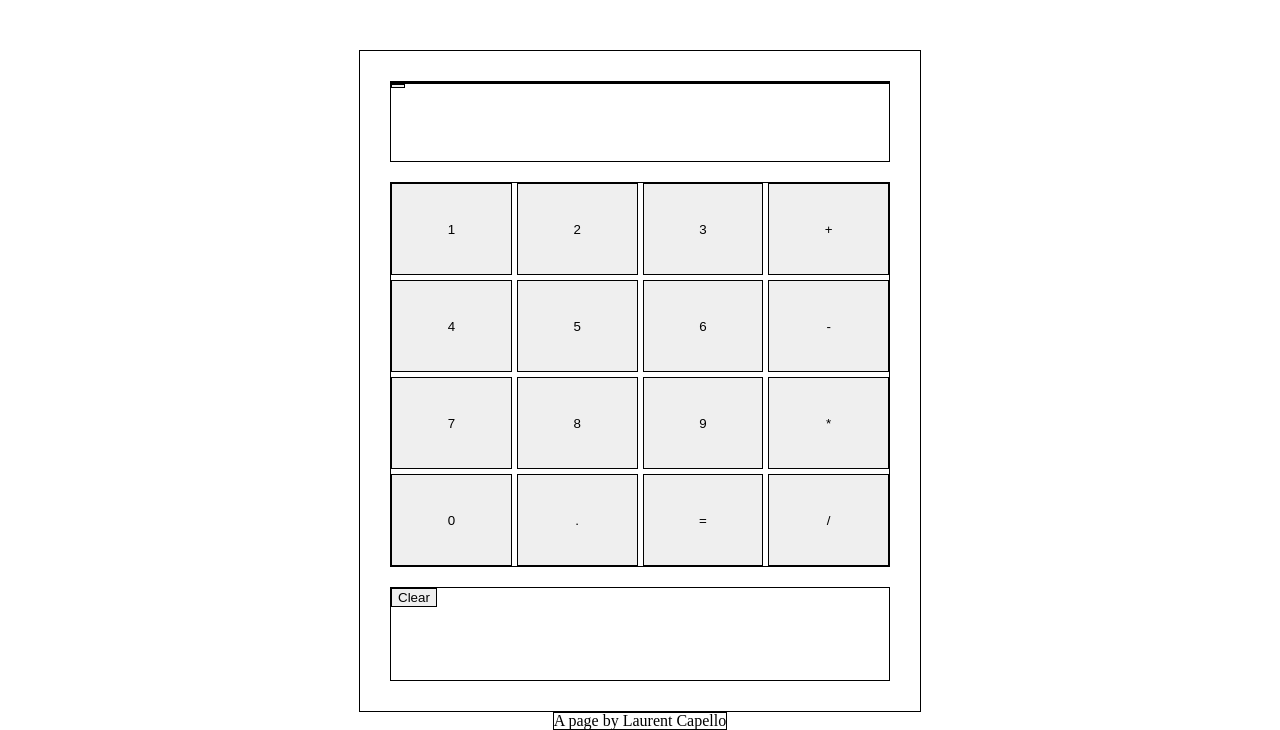
Repository: sokafootball/js-calculator
Page: index.html
The author's editor kept a copy of each file at every save. The page is drawn from the files as they stood at one save, then again after the next save.
The browser window is 1280 px wide. The pictures show the whole page.

Above is the page before, as saved 2020-04-25 10:40:41.

After the next save:
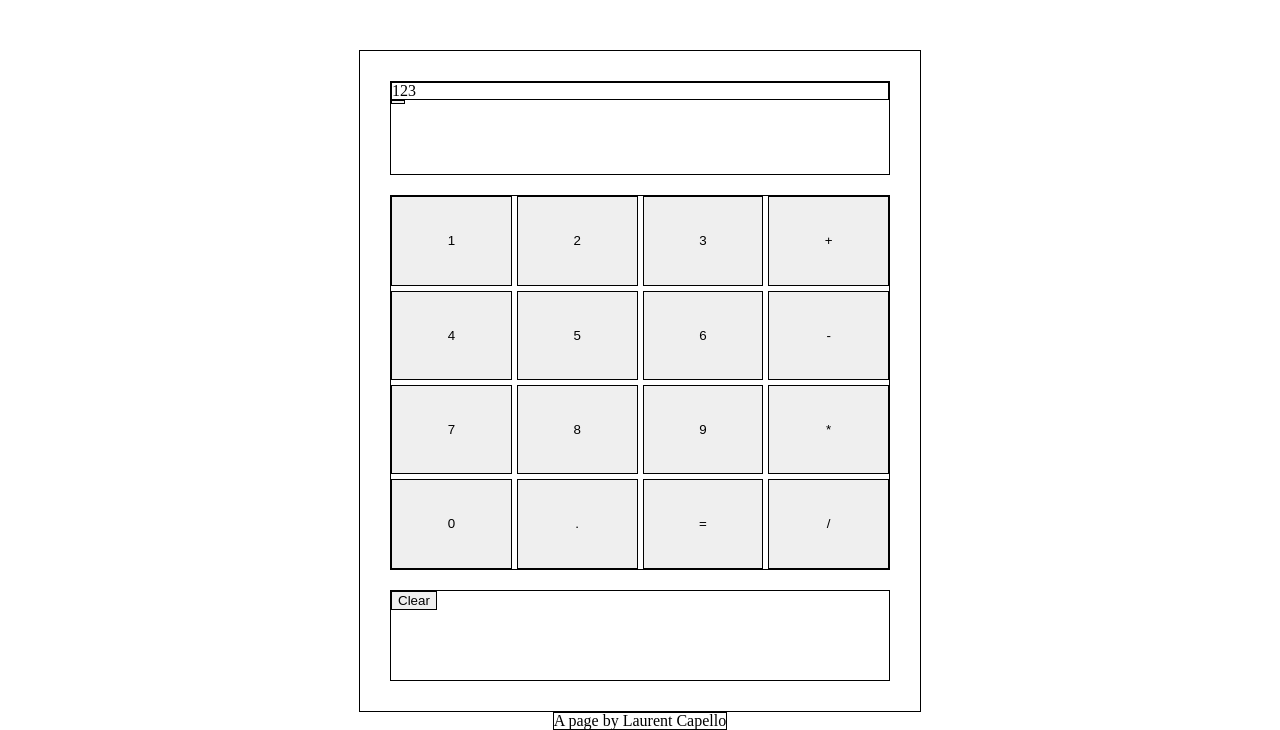
Saved 40 s later.
--- a/index.html
+++ b/index.html
@@ -8,7 +8,7 @@
 <main id="main">
   <div id="calculator">
     <div id="calc-top">
-      <p id="display"></p>
+      <p id="display">123</p>
       <button id="backspace" class="button"></button>
     </div>
     <div id="calc-mid">
